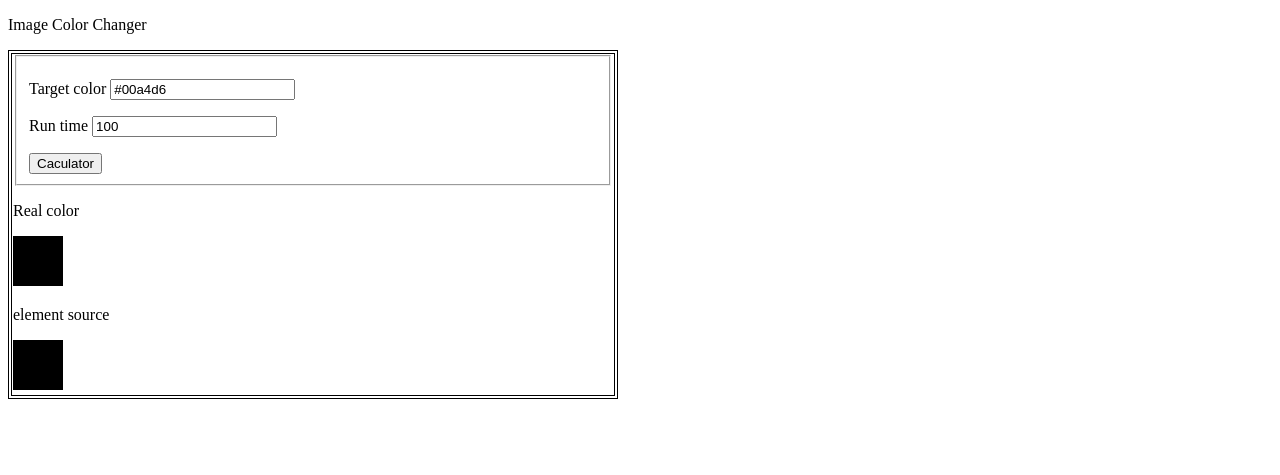
Repository: Kevilstark/image-color-changer
Page: index.html
An editor plug-in stored every save of this project. The page is shown before and after the next save, followed by the edit.
The browser window is 1280 px wide. The pictures show the whole page.
Some web libraries are served in a nearby version.

Above is the page before, as saved 2022-06-07 13:51:54.

After the next save:
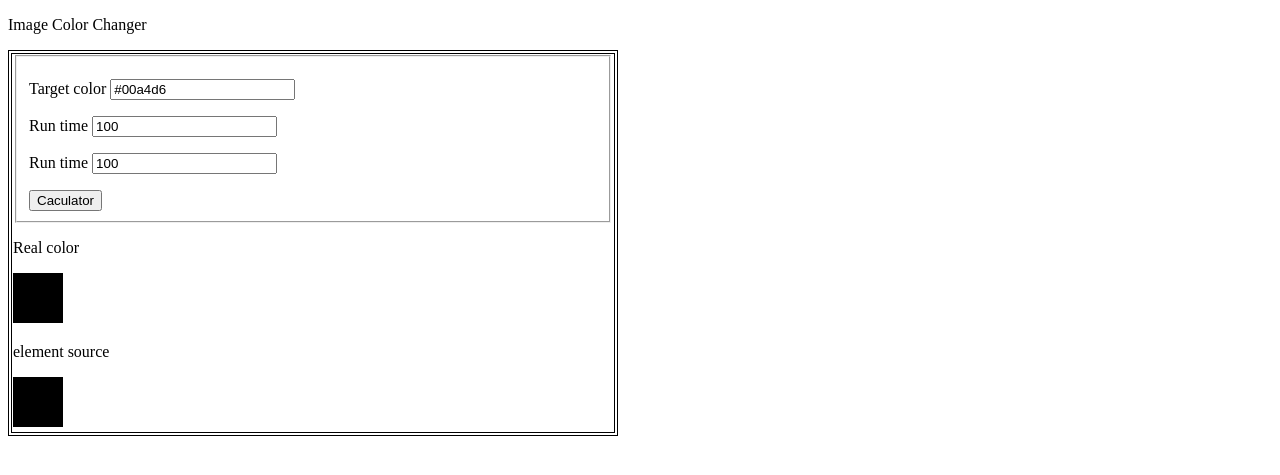
Saved 6 s later.
--- a/index.html
+++ b/index.html
@@ -19,6 +19,9 @@
                         <p>
                             <label>Run time</label> <input class="time-tried" type="number" placeholder="run time" value="100"/>
                         </p>
+                        <p>
+                            <label>Run time</label> <input class="time-tried" type="number" placeholder="run time" value="100"/>
+                        </p>
                         <button class="execute">Caculator</button>
                     </fieldset>
                     <p>Real color</p>

After the 2 saves that followed:
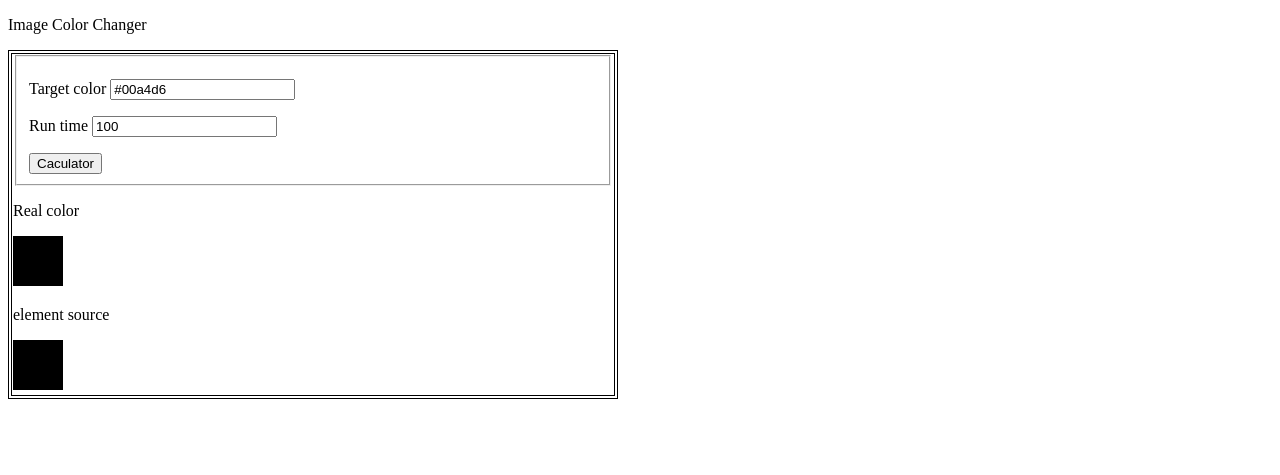
The 2 saves are shown as one change because they came seconds apart.
The last was saved 10 s later.
--- a/index.html
+++ b/index.html
@@ -19,9 +19,7 @@
                         <p>
                             <label>Run time</label> <input class="time-tried" type="number" placeholder="run time" value="100"/>
                         </p>
-                        <p>
-                            <label>Run time</label> <input class="time-tried" type="number" placeholder="run time" value="100"/>
-                        </p>
+                        <p></p>
                         <button class="execute">Caculator</button>
                     </fieldset>
                     <p>Real color</p>
